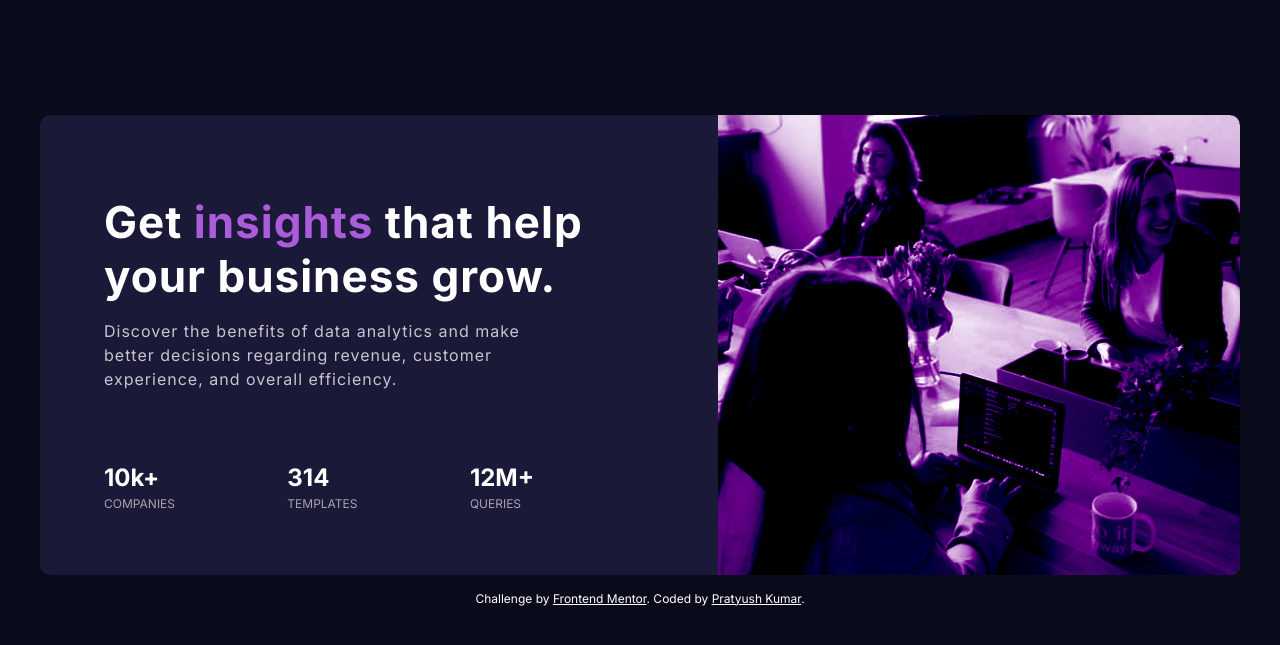
Repository: PratypartyY2K/frontendmentor-challenges
Page: stats-preview-card-component-main/index.html
The author's editor kept a copy of each file at every save. The page is drawn from the files as they stood at one save, then again after the next save.
The browser window is 1280 px wide. The pictures show the whole page.

Above is the page before, as saved 2021-07-14 01:27:30.

After the next save:
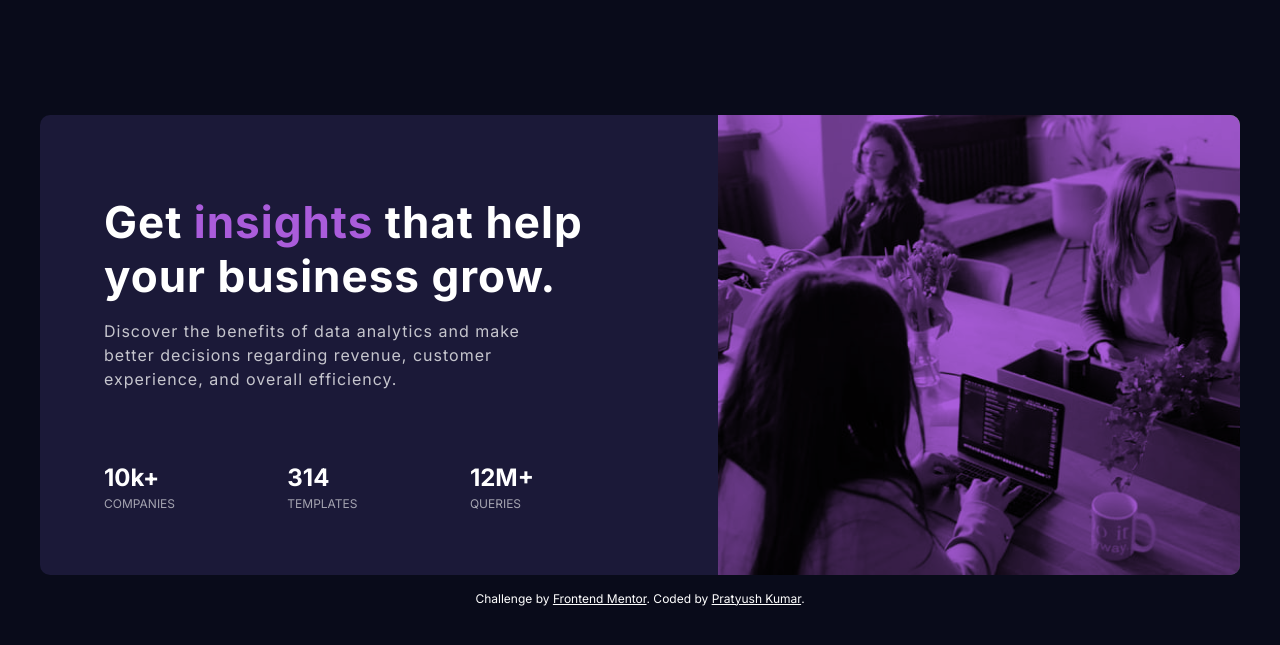
Saved 6 s later.
--- a/stats-preview-card-component-main/style.css
+++ b/stats-preview-card-component-main/style.css
@@ -85,7 +85,7 @@ h3 {
 .overlay {
     background-color: hsl(277, 64%, 61%);
     height: 100%;
-    mix-blend-mode: color-burn;
+    mix-blend-mode: multiply;
 }
 
 .overlay-2 {
